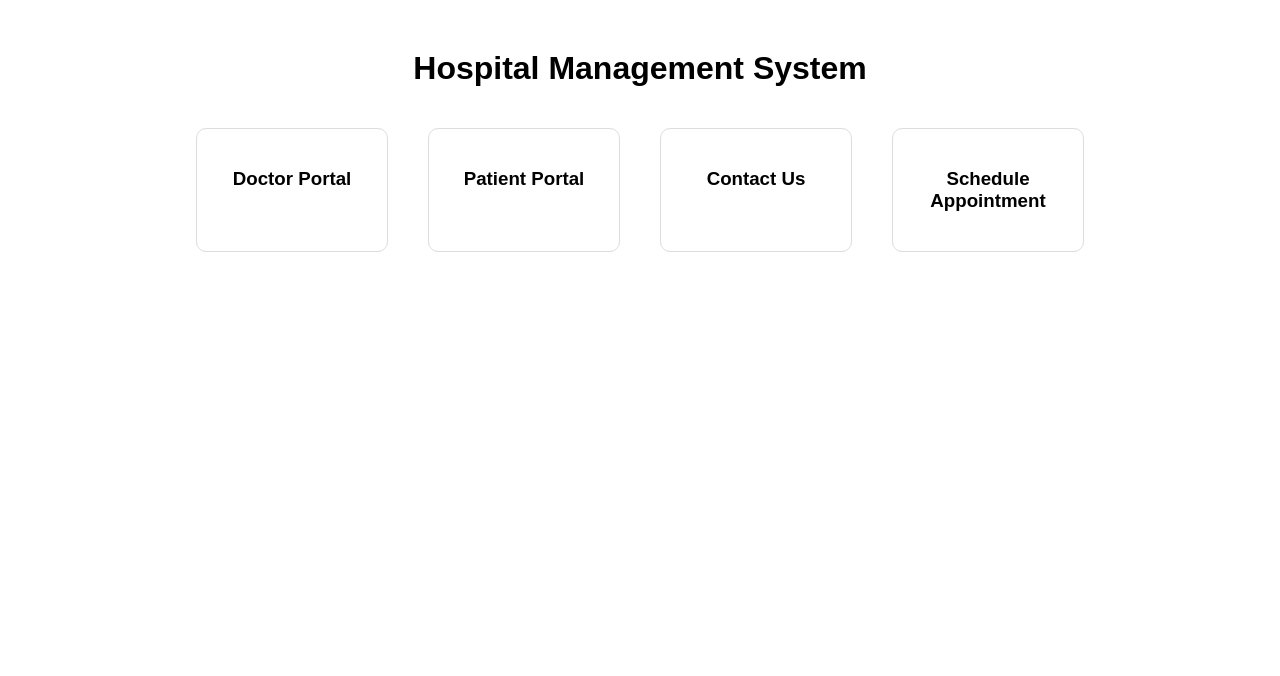
Repository: jaytriggz/Hospital-Management-System
Page: index.html
An editor plug-in stored every save of this project. The page is shown before and after a run of saves, followed by the edit.
The browser window is 1280 px wide. The pictures show the whole page.

Above is the page before, as saved 2024-07-04 15:40:05.

After the next 2 saves:
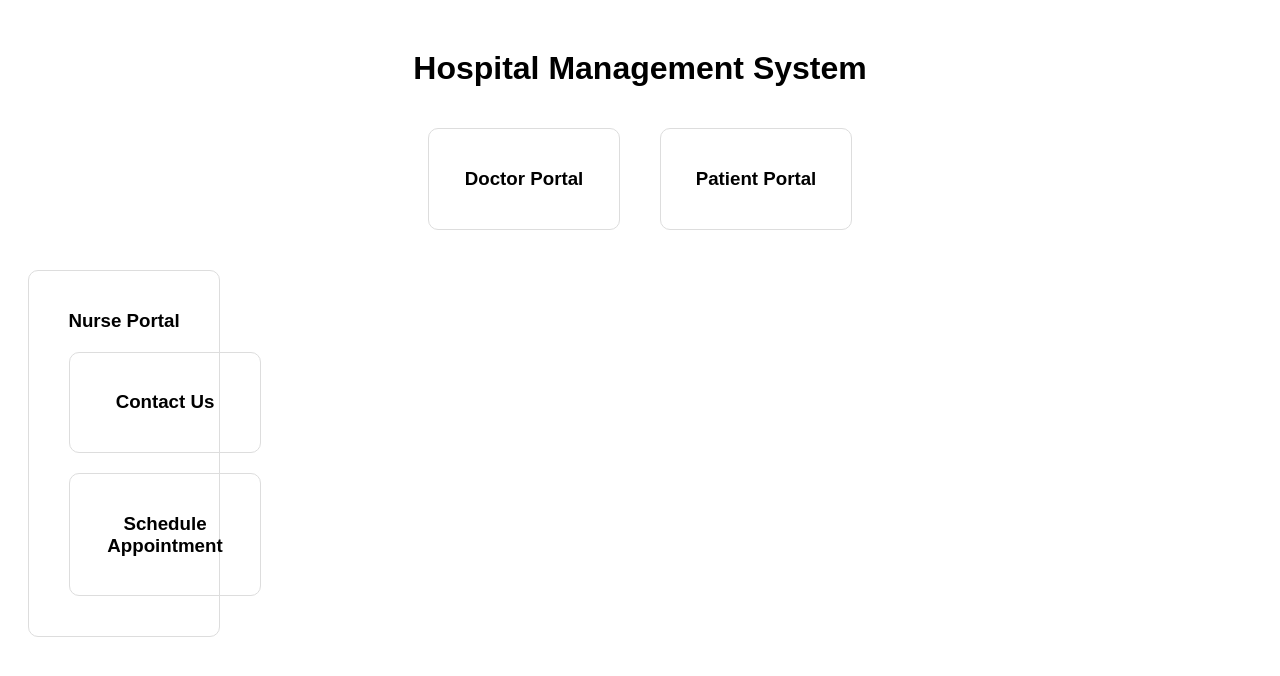
The 2 saves are shown as one change because they came seconds apart.
The last was saved 6 s later.
--- a/index.html
+++ b/index.html
@@ -40,6 +40,9 @@
             <div class="icon" onclick="location.href='patient_portal.html'">
                 <h3>Patient Portal</h3>
             </div>
+        </div>
+        <div class="icon" onclick="location.href='nurse_portal.html'">
+            <h3>Nurse Portal</h3>
             <div class="icon" onclick="location.href='contact_us.html'">
                 <h3>Contact Us</h3>
             </div>
